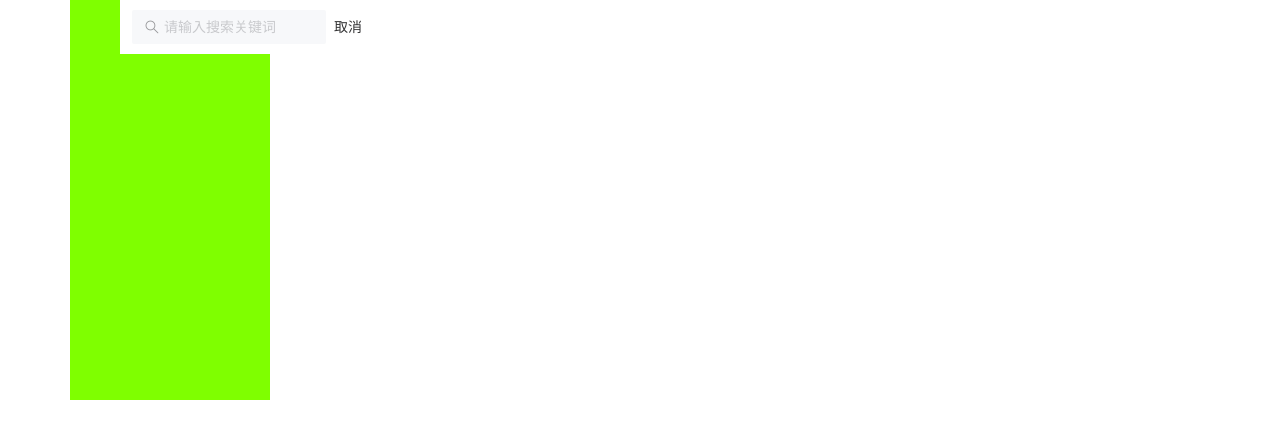
Repository: liyang777777/shangcheng
Page: /
These files come from the project's save history. The page is drawn as it stood at one moment and after the next save; the edit follows.
The browser window is 1280 px wide. The pictures show the whole page.
The page's requests for data from a server got no answer. The project was rebuilt for these pictures with package versions that can differ from the ones it lists, and the page was loaded fresh each time. No one was signed in, and anything a server would have sent is missing. Also part of the build but not shown: vue.config.js. Imported but missing from the stored project, and not drawn on this page: src/views/About.

Above is the page before, as saved 2020-06-22 17:35:37.

### src/main.js
import Vue from 'vue';
import App from './App.vue';
import router from './router';
import store from './store';
import Vant from 'vant';
import 'vant/lib/index.css';
import api from '../src/http/api'
import { Form } from 'vant';
import { Search } from 'vant';
import { Swipe, SwipeItem } from 'vant';
import { Image as VanImage } from 'vant';

Vue.config.productionTip = false
Vue.use(Vant);
Vue.prototype.$api = api
Vue.use(Form);
Vue.use(Search);
Vue.use(Swipe);
Vue.use(SwipeItem);
Vue.use(VanImage);
new Vue({
  router,
  store,
  render: h => h(App)
}).$mount('#app')

### src/App.vue
<template>
  <div id="app">

    <router-view/>
  </div>
</template>

<style lang="scss">

</style>

### src/router/index.js
import Vue from 'vue'
import VueRouter from 'vue-router'
import Home from '../views/Home.vue'


Vue.use(VueRouter)

  const routes = [
  {
    path: '/',
    name: 'Home',
    component: Home
  },
  {
    path: '/about',
    name: 'About',

    component: () => import('../views/About')
  },
  {
    path: '/details',
    name: 'Details',

    component: () => import('../views/details/Details')
  },
  {
    path: '/login',
    name: 'Login',

    component: () => import('../views/login/Login')
  }
]

const router = new VueRouter({
  mode: 'history',
  base: process.env.BASE_URL,
  routes
})

export default router

### src/store/index.js
import Vue from 'vue'
import Vuex from 'vuex'

Vue.use(Vuex)

export default new Vuex.Store({
  state: {
    slides: [],
    category: []
  },
  mutations: {
    setSlides(state,data) {
      state.slides = data
    },
    setCategory(state,data) {
      state.category = data
    }
  },
  actions: {
  },
  modules: {
  }
})

### src/http/api.js
import service from './index'

export default {
    // login(params) {
    //     return service.post('/user/login',params)
    // },
    // 获取首页数据
    getDataHome() {
        return service.get('/recommend')
    },
    // 搜索
    getDataSearch(value) {
        return service.get('/search')
    },
    // 分类查询
    getDataQuery(id) {
        return service.get('/classification?mallSubId=${id}')
    },
    // 查询获取购物车数据
    getDataCart() {
        return service.get('/getCard')
    },
    // 单个商品详情
    getDataSingle() {
        return service.get('/goods/one?id=${id}')
    },
    //  查询用户订单数量
    getDataUser() {
        return service.get('/myOrder/orderNum')
    },
    //  获取登录注册默认验证码
    getDataCode() {
        return service.get('/v1/verify')
    },
    // 查询用户收货地址
    getDataCustomer() {
        return service.get('/getAddress')
    },
    // 查询默认收货地址
    getDataDefault() {
        return service.get('/getDefaultAddress')
    },
    // 查询我的收藏
    getDataCollection() {
        return service.get('/collection/list')
    },
    // 订单查询
    getDataOrquery() {
        return service.get('/getMyOrder')
    },
    // 查询已评价
    getDataEvaluated() {
        return service.get('/alreadyEvaluated')
    },
    // 查询未评价
    getDataNotEvaluated() {
        return service.get('/tobeEvaluated')
    },
    // 购物车加减商品
    getEditCart(count, id, mallPrice) {
        return service.post('/editCart', {
            count,
            id,
            mallPrice
        })
    },
    // 购物车商品删除
    getDeleteShop(id) {
        return service.post('/deleteShop', {
            id
        })
    },
    // 购物车支付页面
    getder(address, tel, orderld, totalPrice, idDirect, count) {
        return service.post('/order', {
            address,
            tel,
            orderld,
            totalPrice,
            idDirect,
            count
        })
    },
    // 收藏单个商品
    getCollection(goods) {
        return service.post('/collection', {
            goods
        })
    },
    // 取消收藏
    getCancelCollection(id) {
        return service.post('/cancelCollection', {
            id
        })
    },
    // 查询商品是否已收藏
    getIsCollection(id) {
        return service.post('/isCollection', {
            id
        })
    },
    // 加入购物车
    getAddShop(id) {
        return service.post('/addShop', {
            id
        })
    },
// 退出登录
    getLoginOut() {
        return service.post('/loginOut')
    },
    // 获取用户信息
    getQueryUser() {
        return service.post('/queryUser')
    },
    // 修改保存用户信息
    getSaveUser() {
        return service.post('/saveUser', {
            year,
            month,
            day,
            id,
            nickname
        })
    },
    // 商品评论
    getGoodsOne() {
        return service.post('/goodsOne/comment', {
            id,
            rate,
            content,
            anonymous,
            _id,
            order_id,
            image
        })
    },
    // 设置默认收货地址
    getSetDefaultAddress() {
        return service.post('/setDefaultAddress',{
            id
        })
    },
    // 增加收货地址
    getName() {
        return service.post('/address', {
            name,
            tel,
            address,
            isDefault,
            province,
            city,
            county,
            addressDetail,
            areaCode,
            id
        })
    },
    // 删除地址
    getDeleteAddress() {
        return service.post('/deleteAddress',{
            id
        })
    },
    // 注册
    getRegister() {
        return service.post('/register',{
            nickname,
            password,
            verify
        })
    },
    // 登录
    getLogin() {
        return service.post('/login',{
            nickname,
            password,
            verify
        })
    },
    // 查询单条评论
    getEluateOne() {
        return service.post('/evaluateOne',{
            id,
            _id
        })
    }
}

### src/views/Home.vue
<template>
  <div class="All">
    <div>
      <Nav></Nav>
    </div>
    <div>
      <Roc></Roc>
    </div>
  </div>
</template>

<script>
import axios from "axios";
import Nav from "../components/Nav";
import Roc from "../components/Roc";
export default {
  name: "",
  props: {},
  components: {
    Nav,
    Roc
  },
  data() {
    return {};
  },
  methods: {},
  mounted() {
    this.$api
      .getDataHome()
      .then(res => {
        this.$store.commit("setSlides", res.data.slides);
        console.log(res.data);
      })
      .catch(err => {
        console.log(err);
      });
  },
  watch: {},
  computed: {}
};
</script>

<style scoped lang='scss'>
.All {
  width: 200px;
  height: 400px;
  background: chartreuse;
  margin-left: 70px;
}
</style>

### src/http/index.js
import axios from 'axios'
const service = axios.create({
    baseURL: '/api',
    timeout: 10000
})


service.interceptors.response.use( res => {
    return res.data
})


export default service

### src/components/Nav.vue
<template>
<!-- 顶部 -->
  <div class="content">
    <div class="box1">
      <form action="/" class="box2">
        <van-search
          v-model="value"
          show-action
          placeholder="请输入搜索关键词"
          @search="onSearch"
          @cancel="onCancel"
        />
      </form>
    </div>
  </div>
</template>

<script>
import { Toast } from "vant";
export default {
  name: "",
  props: {},
  components: {},
  data() {
    return {
          value: ""
    };
  },
  methods: {
       onSearch(val) {
      Toast(val);
    },
    onCancel() {
      Toast("搜索");
    }
  },
  mounted() {},
  watch: {},
  computed: {}
};
</script>

<style scoped lang='scss'>
.box2 {
  width: 250px;
  height: 25px;
  margin-left: 50px;
  font-size: 18px;
}
</style>

### src/components/Roc.vue
<template>
<!-- 轮播图 -->
  <div class="box">
    <van-swipe :autoplay="3000">
      <van-swipe-item v-for="(item, index) in slides" :key="index">
        <img v-lazy="item.image" class="img">
      </van-swipe-item>
    </van-swipe>
  </div>
</template>

<script>
import Vue from "vue";
import { Lazyload } from "vant";
Vue.use(Lazyload);

export default {
  name: "",
  props: {

  },
  components: {},
  data() {
    return {

    };
  },
  methods: {},
  mounted() {},
  watch: {},
  computed: {
    slides() {
      return this.$store.state.slides;
    }
  }
};
</script>

<style scoped lang='scss'>
.img {
    width: 250px;
    height: 200px;
    margin-left: 60px;
    margin-top: 30px;

}
</style>

Loaded but not shown: public/index.html (common file)

After the next save:
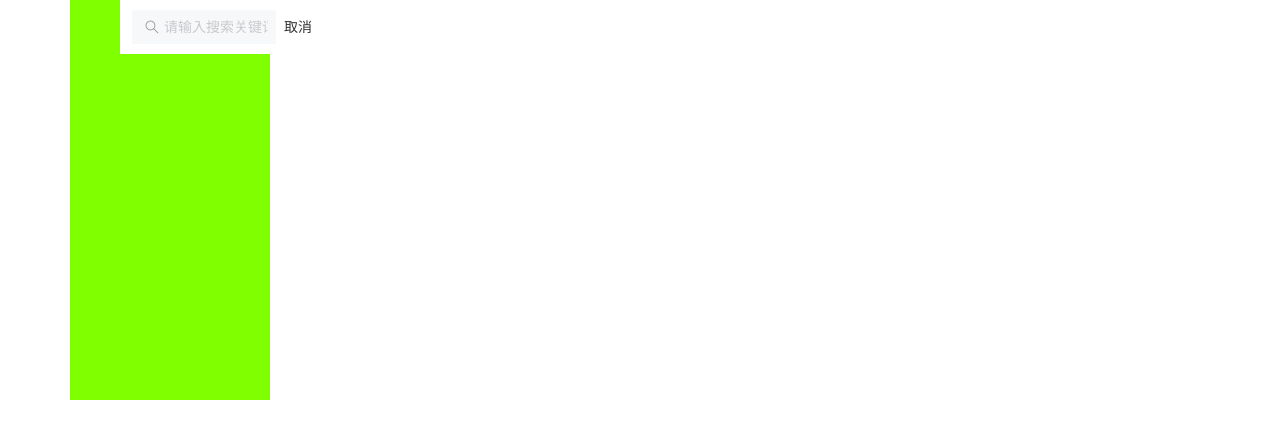
Saved 46 s later.
--- a/src/components/Nav.vue
+++ b/src/components/Nav.vue
@@ -42,7 +42,7 @@
 
 <style scoped lang='scss'>
 .box2 {
-  width: 250px;
+  width: 200px;
   height: 25px;
   margin-left: 50px;
   font-size: 18px;

After the 3 saves that followed:
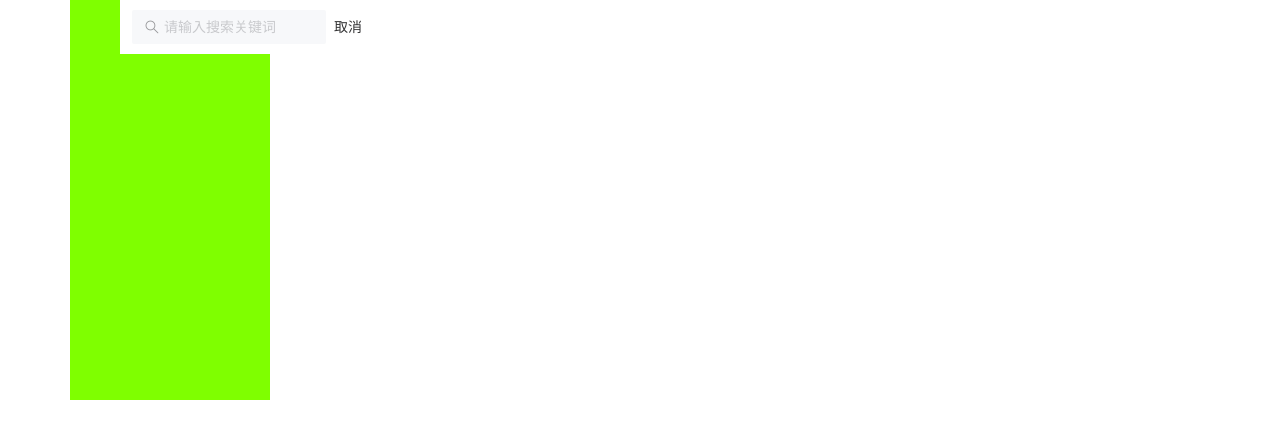
The 3 saves are shown as one change because 2 left the picture as it was.
The last was saved 62 s later.
--- a/src/components/Nav.vue
+++ b/src/components/Nav.vue
@@ -42,7 +42,7 @@
 
 <style scoped lang='scss'>
 .box2 {
-  width: 200px;
+  width: 250px;
   height: 25px;
   margin-left: 50px;
   font-size: 18px;
